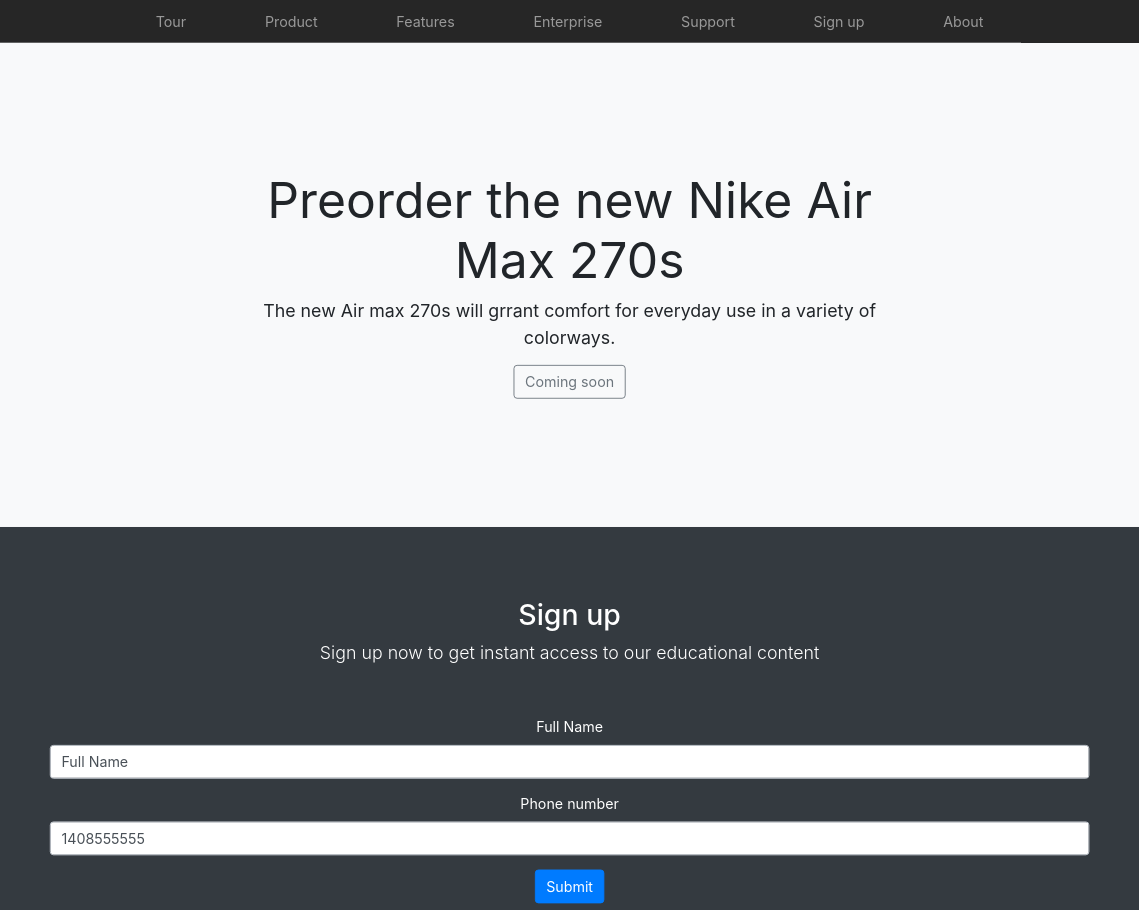
Repository: sfran065/SaraiFranco-Websitee
Page: LearnCS8-Twilio/index.html
The author's editor kept a record of every edit. The page is drawn from the files as they stood at one moment, then again after the next edit.
The browser window is 1280 px wide. The pictures show the whole page, at 89% of full size.

Above is the page before.

After the next edit:
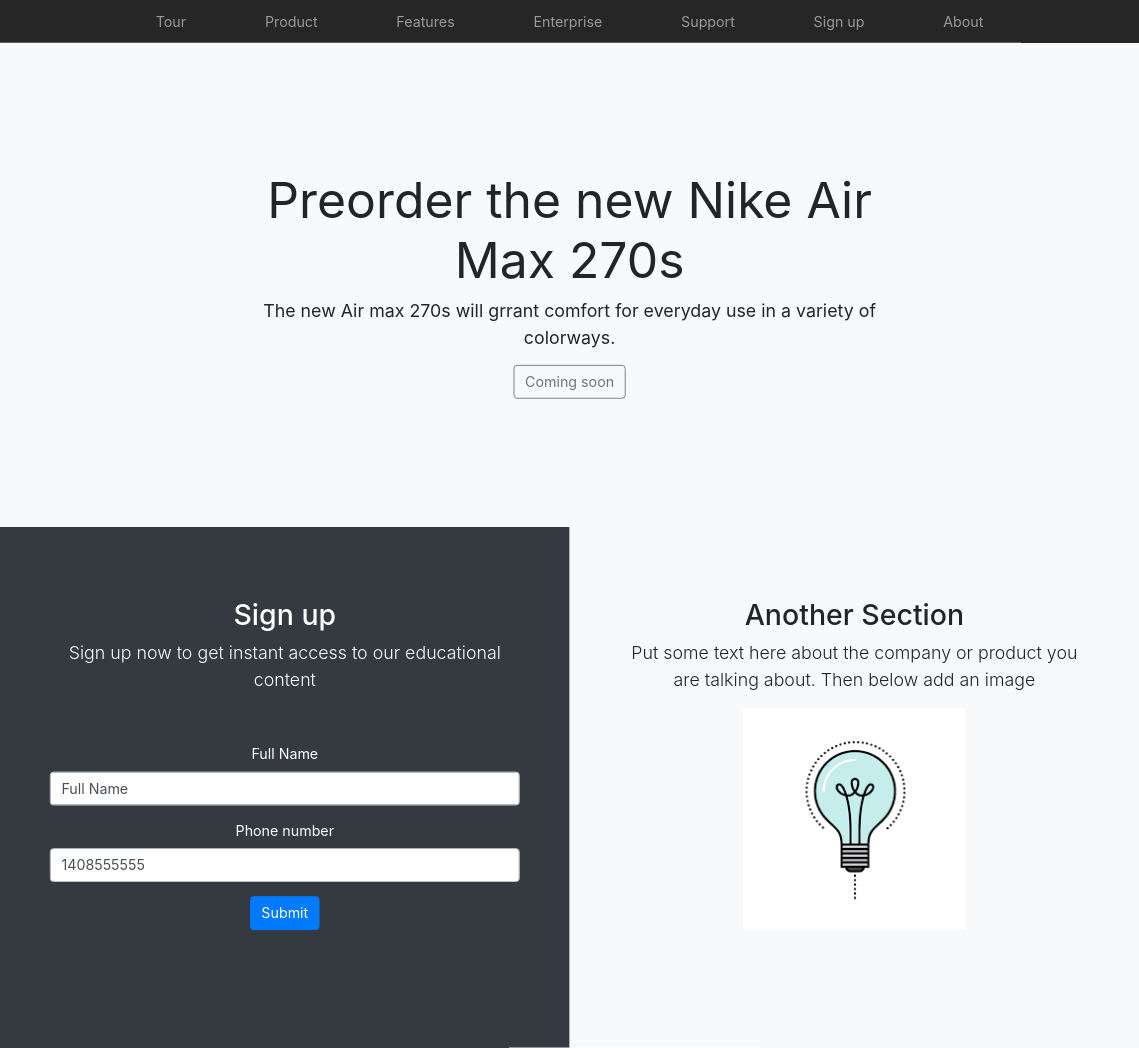
The edit:
--- a/LearnCS8-Twilio/index.html
+++ b/LearnCS8-Twilio/index.html
@@ -74,5 +74,16 @@
             <button type="submit" class="btn btn-primary">Submit</button>
         </form>
     </div>
+      <!-- Right Tile -->
+      <div class="bg-light pt-3 px-3 pt-md-5 px-md-5 text-center overflow-hidden">
+        <div class="my-3 p-3">
+            <h2 class="display-5">Another Section</h2>
+            <p class="lead">Put some text here about the company or product you are talking about. Then below add an image</p>
+            <img class="mx-auto" src="example_image.png" height="250px">
+        </div>
+        <div class="mx-auto" style="width: 80%; height: 100px; border-radius: 21px 21px 0 0;"></div>
+    </div>
+</div>
+
   </body>
 </html>
